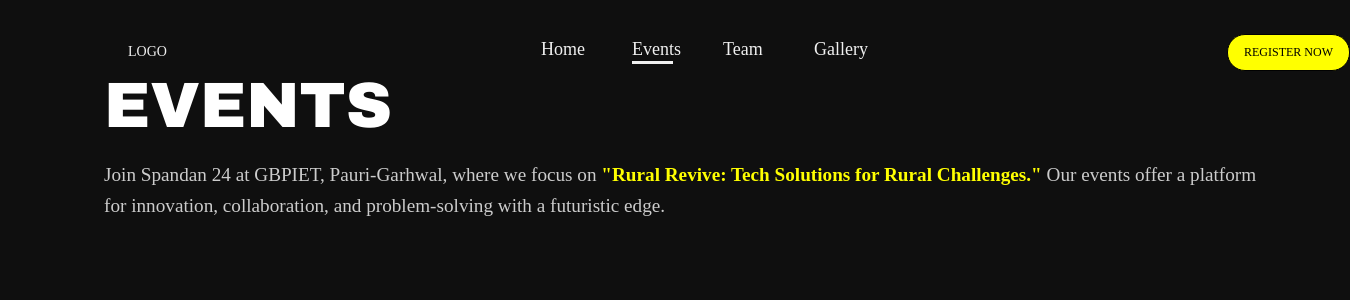
Repository: s4bbi/spandan-3.0
Page: /Events
The author's editor kept a copy of each file at every save. The page is drawn from the files as they stood at one save, then again after a run of saves.
The browser window is 1280 px wide. The page is 1350 px wide, so the pictures cover 1350 px, including what lies to the right of the window. The pictures show the whole page.
The project was rebuilt for these pictures with package versions that can differ from the ones it lists, and the page was loaded fresh each time. Also part of the build but not shown: vite.config.js, src/pages/Home/Home.jsx.

Above is the page before, as saved 2024-11-02 02:26:53.

### src/App.jsx
import React from 'react'
import Navbar from './components/Navbar/Navbar'
import { Route, Routes } from 'react-router-dom'
import Home from  './pages/Home/Home'
import Events from  './pages/Events/Events'


const App = () => {
  return (
    <div className='app'>
      <Navbar/>
      { <Routes>
        <Route path="/" element={<Home />} />
        <Route path="Events" element={<Events />} />
      </Routes> }
    </div>
  )
}

export default App

### src/components/Navbar/Navbar.jsx
import React, {useState} from 'react'
import './Navbar.css'
// import {assets} from'../../assets/assets'
const Navbar = () => {

  const [menu,setMenu] = useState("Events");
  return (
    <div className='navbar'>
        <h1 className="logo">LOGO</h1>
        <ul className="navbar-menu">
            <li onClick={()=>setMenu("Home")} className={menu=="Home"?"active":""}>Home</li>
            <li onClick={()=>setMenu("Events")} className={menu=="Events"?"active":""}>Events</li>
            <li onClick={()=>setMenu("Team")} className={menu=="Team"?"active":""}>Team</li>
            <li onClick={()=>setMenu("Gallery")} className={menu=="Gallery"?"active":""}>Gallery</li>
        </ul>


        <button>REGISTER NOW</button>
     </div>

  )
}

export default Navbar

### src/pages/Events/Events.jsx
import React from 'react'
import './Events.css'
import HeroSection from '../../components/HeroSection/HeroSection'

const Events = () => {
  return (
    <div>
      <HeroSection/>
    </div>
  )
}

export default Events

### src/components/Navbar/Navbar.css
.navbar{
    width: 1222px;
    height: 37px;
    margin-top: 34px;
    margin-left: 128px;
    border-radius: 20px 0px 0px 0px;
    display: flex;
    justify-content: space-between;
    align-items: center;
}

.logo{
    width: 41px;
    height: 17px;
    font-family: Gilroy-Light;
    font-size: 14px;
    font-weight: 400;
    line-height: 16.8px;
    text-align: left;
    color:#F0F0F0;
   }

.navbar-menu{
    display:flex;
    list-style:none;
    gap:50px;
    color:#F0F0F0;
    ;
   }

.navbar button{
    background:transparent;
    font-size: 12px;
    background-color:#FFFF00;
    font-family: Gilroy-SemiBold;
    border: 1px solid #010101;
    ;
    padding: 10px 16px 10px 16px;
    border-radius: 18px 18px 18px 18px;
    cursor: pointer;}
    /* transition: 0.3s; */
    /* width: Hug (132px)px; */
 /* height: Hug (37px)px;
top: 34px;
left: 1218px;
padding: 10px 16px 10px 16px;
} */

  .navbar button:hover{
    background-color:#FFFFFF;
    color: #e74c3c;
    }

  /* .navbar .active{
    padding-bottom: 3px;
    border-bottom: 3px solid #49557e;
}   */

.navbar .active {
    padding-bottom: 3px;
    border-bottom: 3px solid #F0F0F0;}
.navbar li{
    cursor: pointer;
    width: 41px;
    height: 17px;
    font-family: Gilroy-SemiBold;
    font-size: 18px;
    font-weight: 400;
    line-height: 17.15px;
    text-align: left;
}

### src/components/HeroSection/HeroSection.jsx
import React from 'react'
import "./HeroSection.css";
// import roboticHandImage from "../assets/eventsHand.webp";




const HeroSection = () => {
  return (
    <div>
      <section className="hero">
      <div className="hero-text">
        <h1 className="hero-title">EVENTS</h1>
        <p className="hero-description">
          Join Spandan 24 at GBPIET, Pauri-Garhwal, where we focus on <span className="highlight">"Rural Revive: Tech Solutions for Rural Challenges."</span> Our events offer a platform for innovation, collaboration, and problem-solving with a futuristic edge.
        </p>
      </div>
      {/* <img src={roboticHandImage} alt="Robotic Hand" className="hero-image" /> */}
    </section>
    </div>
  )
}

export default HeroSection

### src/components/HeroSection/HeroSection.css
.hero {
    display: flex;
    align-items: center;
    justify-content: space-between;
    /* padding-top: 50px;
    max-width: 1200px;
    margin: 192px; */
  }

  .hero-text {
    /* width: 50%; */
    color: white;
    padding-left: 104px;
  }

  .hero-title {
    font-size: 4em;
    margin: 0;
    font-family: 'Arial Black', sans-serif;
  }

  .hero-description {
    margin-top: 20px;
    font-size: 1.2em;
    line-height: 1.6;
    color: #ccc;
  }

  .highlight {
    color: yellow;
    font-weight: bold;
  }

  .hero-image {
    width: 45%;
    max-width: 500px;
    height: auto;
  }

### public/style.css
*{
    margin:0px;
    padding:0px;
}

body{
    background-color: #0f0f0f;
}

Loaded but not shown: index.html (common file); src/main.jsx (common file); src/pages/Events/Events.css (no stored copy; drawn as an empty file)

After the next 7 saves:
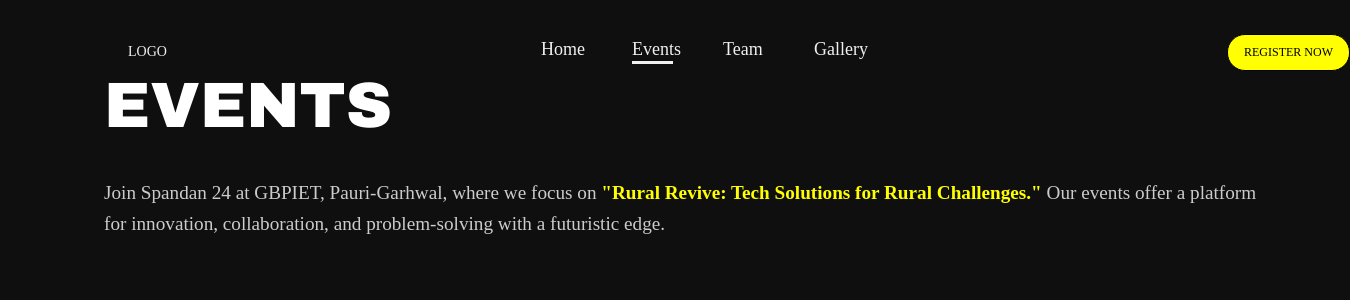
The 7 saves are shown as one change because they came seconds apart.
The last was saved 82 s later.
--- a/src/components/HeroSection/HeroSection.css
+++ b/src/components/HeroSection/HeroSection.css
@@ -14,6 +14,13 @@
   }
 
   .hero-title {
+    width: 339px;
+    height: 87px;
+    top: 192px;
+    left: 104px;
+    gap: 0px;
+    opacity: 0px;
+
     font-size: 4em;
     margin: 0;
     font-family: 'Arial Black', sans-serif;
